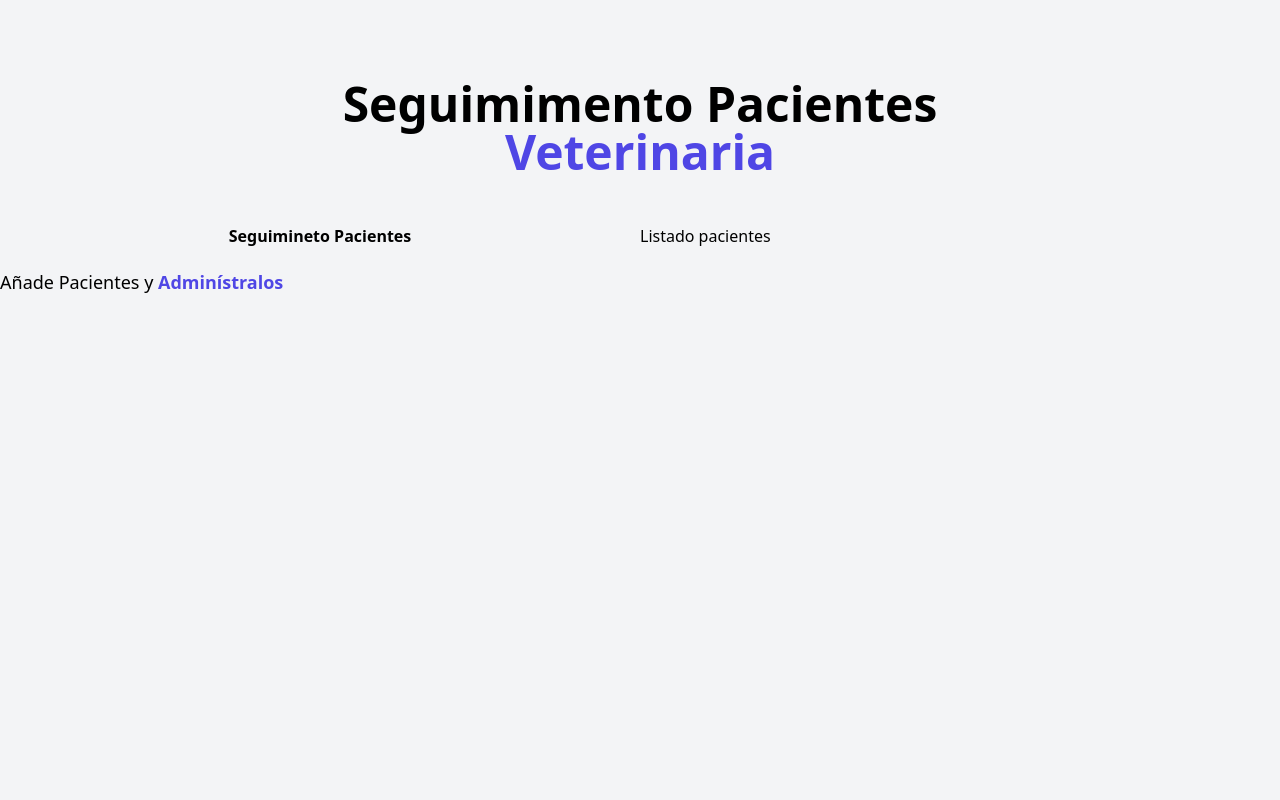
Repository: rlaureano/citas_react
Page: /
An editor plug-in stored every save of this project. The page is shown before and after the next save, followed by the edit.
The browser window is 1280 px wide. The pictures show the whole page.
The project was rebuilt for these pictures with package versions that can differ from the ones it lists, and the page was loaded fresh each time. Also part of the build but not shown: vite.config.js.

Above is the page before, as saved 2022-01-11 22:04:32.

### src/App.jsx
import Formulario from "./components/Formulario"
import Header from "./components/Header"
import ListadoPacientes from "./components/ListadoPacientes"

function App() {

  return (
    <div className="container mx-auto mt-20">
      <Header  />
      <div className="mt-12 md:flex">
        <Formulario  />
        <ListadoPacientes />
      </div>
    </div>
  )
}

export default App

### src/components/Formulario.jsx
import React from 'react'

const Formulario = () => {
  return (
    <div className="md:w-1/2 lg:w2/5">
      <h2 className="font-black text-3x1 text-center">Seguimineto Pacientes</h2>
      <p className="text-lg mt-5">
        Añade Pacientes y {''}
        <span className="text-indigo-600 font-bold text-lg">Adminístralos</span>
      </p>
    </div>
  )
}

export default Formulario

### src/components/Header.jsx
function Header() {
  return (

      <h1 className="font-black text-5xl text-center md:w-2/3 mx-auto">Seguimimento Pacientes {''}
        <span className="text-indigo-600">Veterinaria</span>
      </h1>

  )
}

export default Header

### src/components/ListadoPacientes.jsx
import React from 'react'

const ListadoPacientes = () => {
  return (
    <div className="w-1/2 ld:w-3/5">
      <h2>Listado pacientes</h2>
    </div>
  )
}

export default ListadoPacientes

### tailwind.config.js
module.exports = {
  purge: ["./index.html", "./src/**/*.{jsx}"],
  content: [],
  theme: {
    extend: {},
  },
  plugins: [],
}

Loaded but not shown: index.html (common file); src/main.jsx (common file); src/index.css (common file)

After the next save:
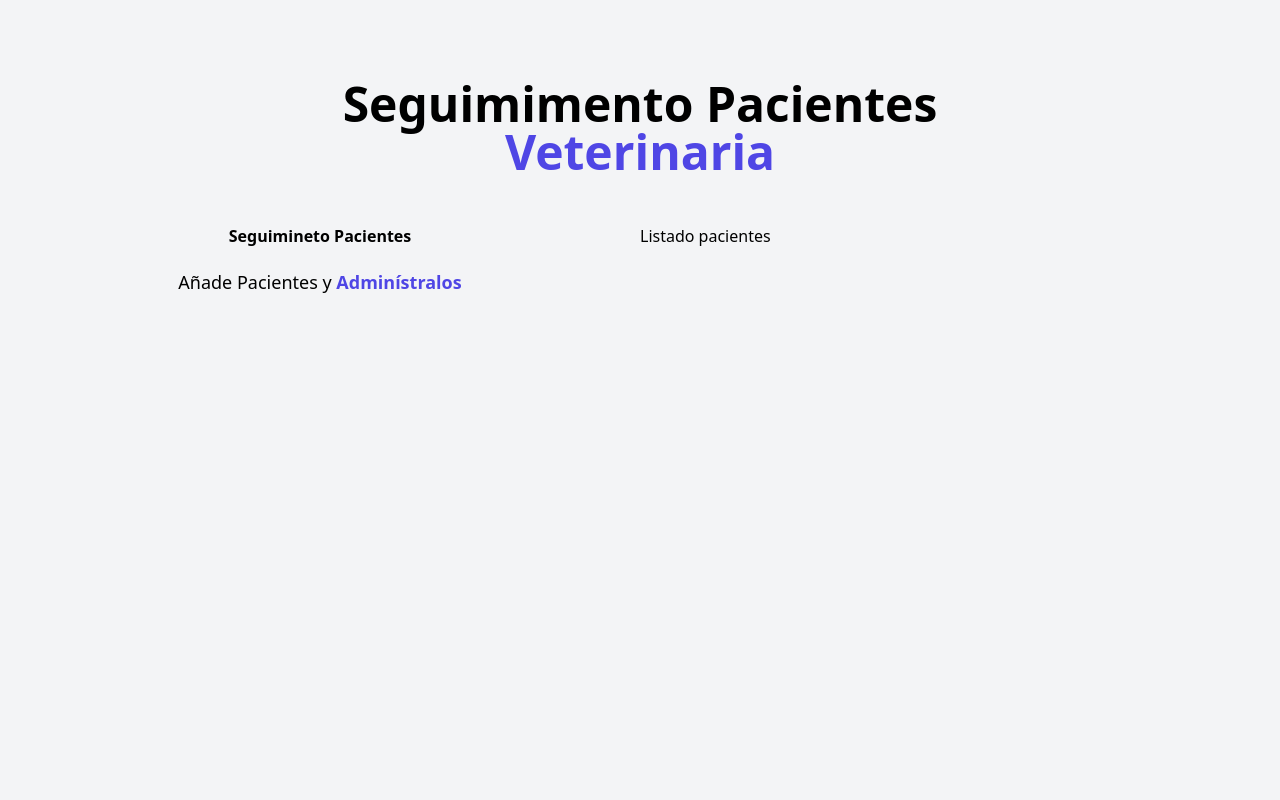
Saved 8 s later.
--- a/src/components/Formulario.jsx
+++ b/src/components/Formulario.jsx
@@ -4,7 +4,7 @@ const Formulario = () => {
   return (
     <div className="md:w-1/2 lg:w2/5">
       <h2 className="font-black text-3x1 text-center">Seguimineto Pacientes</h2>
-      <p className="text-lg mt-5">
+      <p className="text-lg mt-5 text-center">
         Añade Pacientes y {''}
         <span className="text-indigo-600 font-bold text-lg">Adminístralos</span>
       </p>
